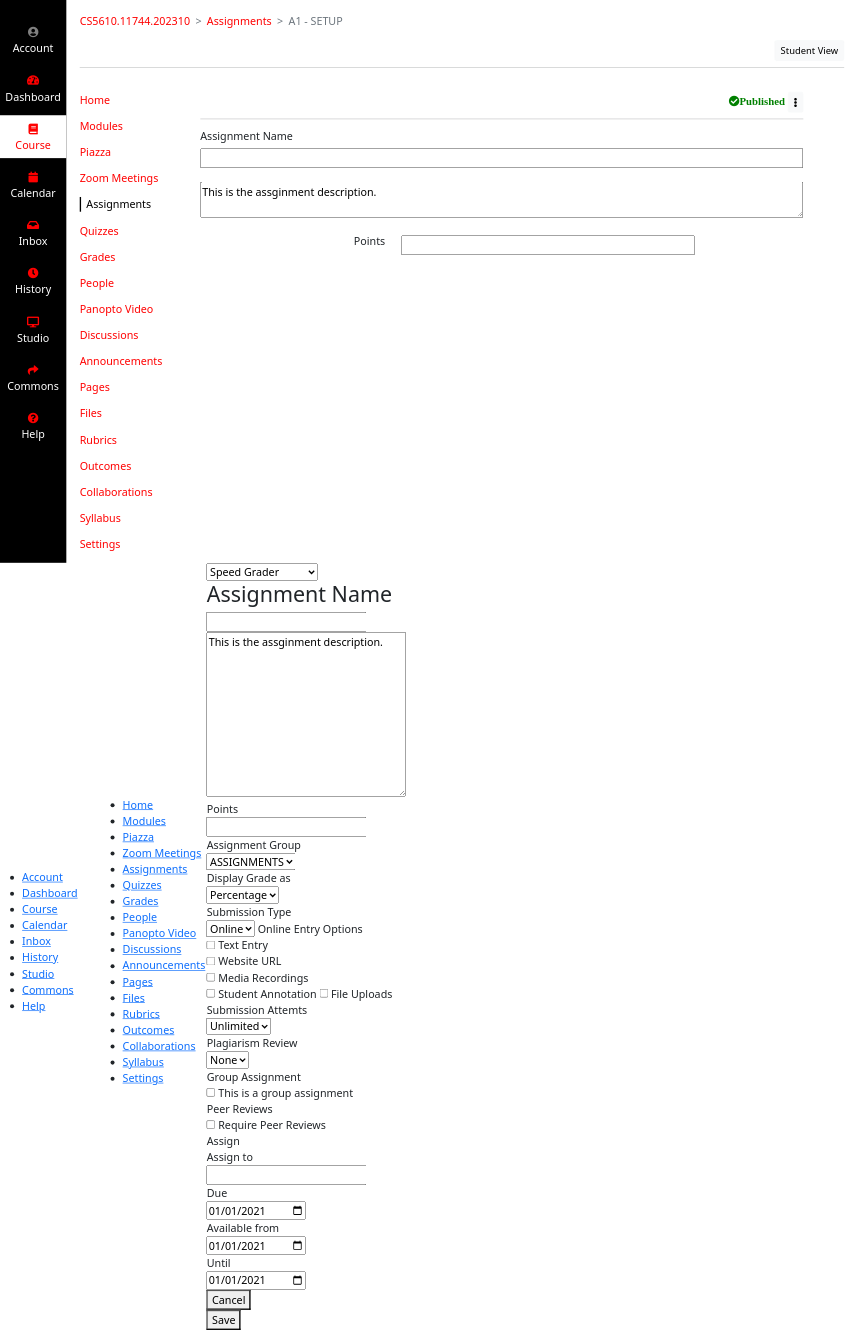
Repository: yuqiant/kanbas-react-web-app
Page: public/kanbas/assignment/edit.html
These files come from the project's save history. The page is drawn as it stood at one moment and after the next save; the edit follows.
The browser window is 1280 px wide. The pictures show the whole page, at 67% of full size.

Above is the page before, as saved 2023-10-05 00:52:02.

After the next save:
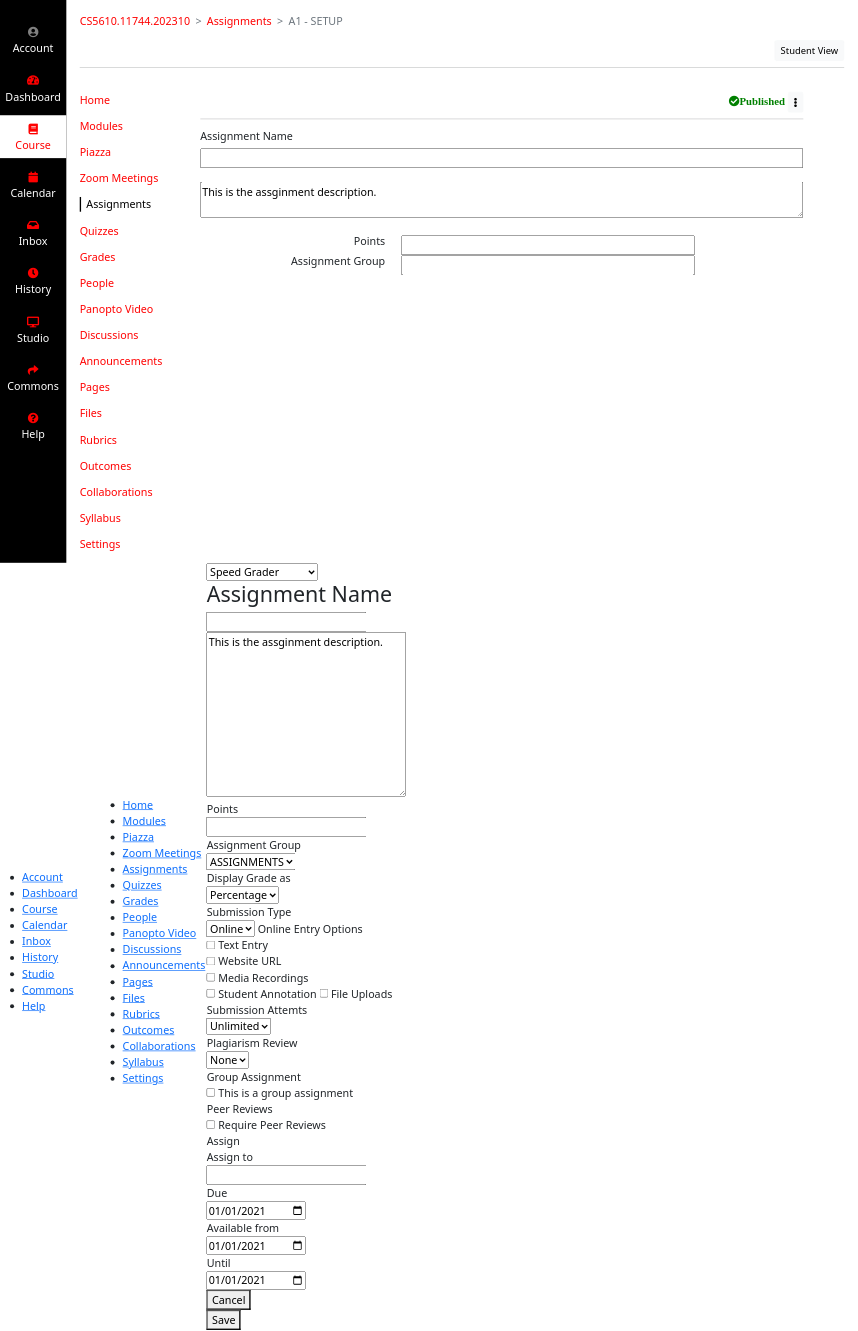
Saved 30 s later.
--- a/public/kanbas/assignment/edit.html
+++ b/public/kanbas/assignment/edit.html
@@ -99,6 +99,17 @@
                     <div class="row">
                         <div class="col-md-6 text-end">
                             <h6>Points</h6>
+                        </div>
+                        <div class="col-md-6">
+                            <form id="text-fields">
+                                <input id="text-fields-assginment" style="width: 100%;" />
+                            </form>
+                        </div>
+                    </div>
+
+                    <div class="row">
+                        <div class="col-md-6 text-end">
+                            <h6>Assignment Group</h6>
                         </div>
                         <div class="col-md-6">
                             <form id="text-fields">
